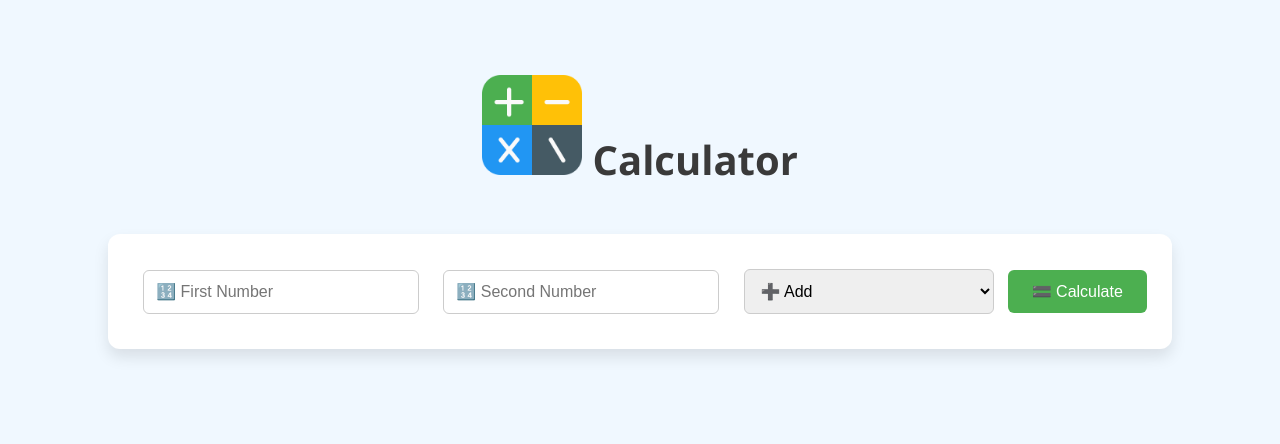
Repository: Shivamupa48/Java-Servlet-Project-
Page: http://localhost/MyWebCalc/index.jsp
These files come from the project's save history. The page is drawn as it stood at one moment and after the next save; the edit follows.
The browser window is 1280 px wide. The pictures show the whole page.
The page is served by Tomcat 10.

Above is the page before, as saved 2025-07-28 06:17:10.

After the next save:
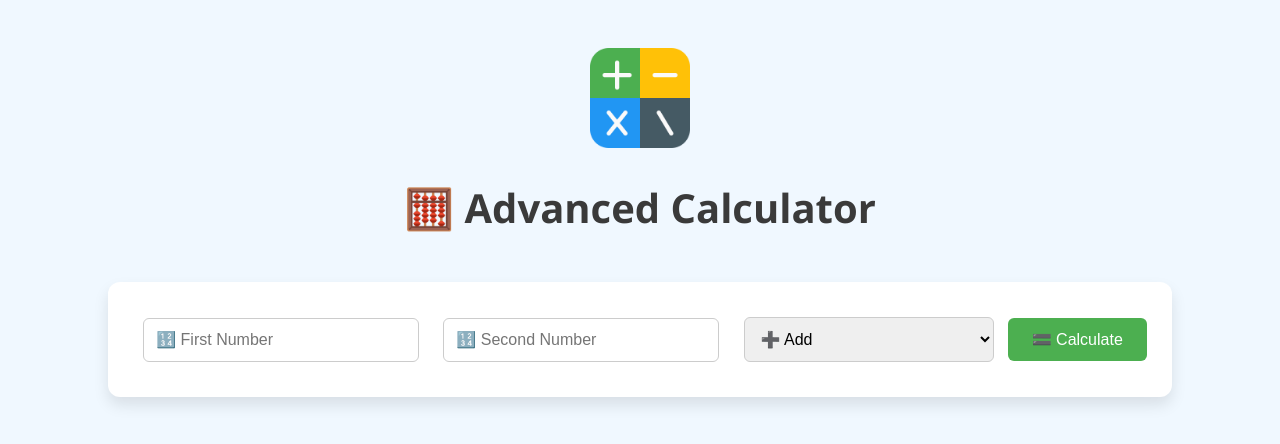
Saved 2 min 30 s later.
--- a/MyWebCalc/src/main/webapp/index.jsp
+++ b/MyWebCalc/src/main/webapp/index.jsp
@@ -4,11 +4,13 @@
 <head>
     <title>🧮  Calculator</title>
     <link rel="stylesheet" href="style.css">
+    <link rel="icon" href="images/calculator.png" type="image/png" />
 </head>
 <body>
 
 
-    <h1><img src="images/calculator.png" alt="Calculator Icon" width="100" />  Calculator</h1>
+    <img src="images/calculator.png" alt="Calculator" width="100" />
+    <h1>🧮 Advanced Calculator</h1>
 
     <form method="post" action="CalculatorServlet">
         <input type="text" name="num1" placeholder="🔢 First Number" required />
